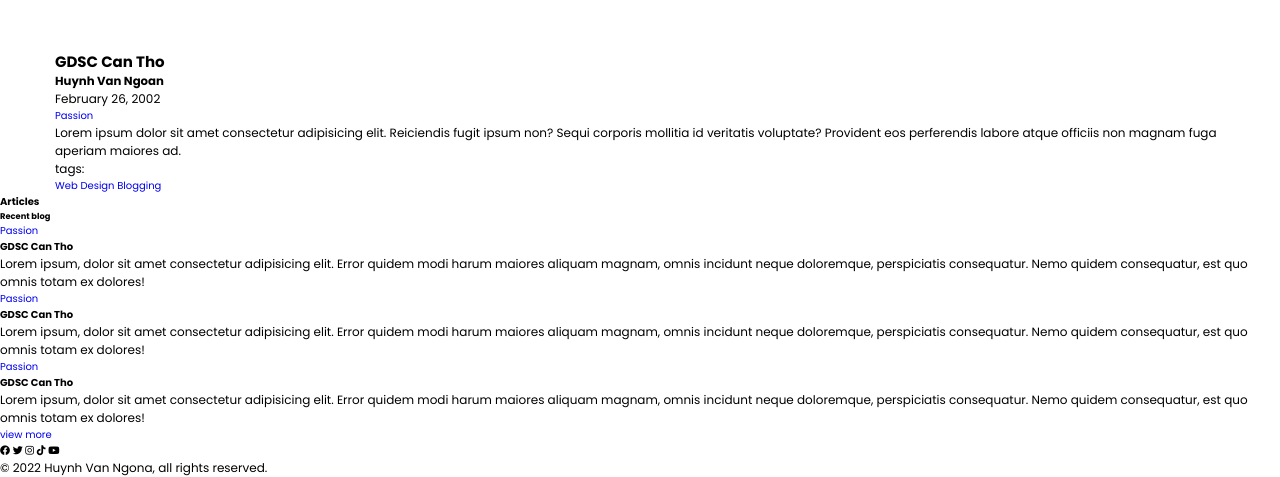
Repository: huynhvanngoan/TaskTeam5
Page: BlogPost/HTML/index.html
An editor plug-in stored every save of this project. The page is shown before and after the next save, followed by the edit.
The browser window is 1280 px wide. The pictures show the part of the page from y = 550 to 1127 px (the page is 1027 px tall before and 1127 px after).
Pictures or frames that could not be fetched are drawn as grey boxes.

Above is the page before, as saved 2022-10-17 00:23:15.

### BlogPost/HTML/index.html
<!DOCTYPE html>
<html lang="en">

<head>
    <meta charset="UTF-8">
    <meta http-equiv="X-UA-Compatible" content="IE=edge">
    <meta name="viewport" content="width=device-width, initial-scale=1.0">
    <title>Blog Post</title>
    <link rel="stylesheet" href="../CSS/style.css">

    <link rel="stylesheet" href="https://cdnjs.cloudflare.com/ajax/libs/font-awesome/6.2.0/css/all.min.css"
        referrerpolicy="no-referrer" />
</head>

<body>
    <header>
        <div class="navbar container">
            <div class="logo">
                <h1>GDSC Can Tho</h1>
            </div>
            <ul class="nav-list">
                <li><a href="#">Home</a></li>
                <li><a href="#">Work</a></li>
                <li><a href="#">Blog</a></li>
                <li><a href="#">Service</a></li>
                <li><a href="#">About Us</a></li>
                <li><a href="#">Contact Us</a></li>
            </ul>
        </div>
    </header>
    <div class="container">
        <div class="hero">

        </div>
        <main>
            <h2>GDSC Can Tho </h2>
            <div class="profile-container">
                <div class="profile">
                    <div class="img-container">

                    </div>
                    <div class="text">
                        <h3>Huynh Van Ngoan</h3>
                        <p>February 26, 2002</p>
                    </div>
                    <div class="button">
                        <a href="#" class="btn">Passion</a>
                    </div>
                </div>
                <div class="content">
                    <p>Lorem ipsum dolor sit amet consectetur adipisicing elit. Reiciendis fugit ipsum non? Sequi corporis mollitia id veritatis voluptate? Provident eos perferendis labore atque officiis non magnam fuga aperiam maiores ad.</p>
                </div>
            </div>
            <div class="tags">
                <p>tags: </p>
                <a href="#">Web Design</a>
                <a href="#">Blogging</a>
            </div>
        </main>
    </div>
    <div class="articles">
        <div class="articles-heading">
            <h4>Articles</h4>
            <h5>Recent blog</h5>
        </div>
        <div class="cards-container">
            <div class="card-container one">
                <div class="img-holder">
                    <a href="#">Passion</a>
                </div>
                <div class="card-text">
                    <h4>GDSC Can Tho</h4>
                    <p>Lorem ipsum, dolor sit amet consectetur adipisicing elit. Error quidem modi harum maiores aliquam magnam, omnis incidunt neque doloremque, perspiciatis consequatur. Nemo quidem consequatur, est quo omnis totam ex dolores!</p>
                </div>
            </div>
            <div class="card-container one">
                <div class="img-holder">
                    <a href="#">Passion</a>
                </div>
                <div class="card-text">
                    <h4>GDSC Can Tho</h4>
                    <p>Lorem ipsum, dolor sit amet consectetur adipisicing elit. Error quidem modi harum maiores aliquam magnam,
                        omnis incidunt neque doloremque, perspiciatis consequatur. Nemo quidem consequatur, est quo omnis totam ex
                        dolores!</p>
                </div>
            </div>
            <div class="card-container one">
                <div class="img-holder">
                    <a href="#">Passion</a>
                </div>
                <div class="card-text">
                    <h4>GDSC Can Tho</h4>
                    <p>Lorem ipsum, dolor sit amet consectetur adipisicing elit. Error quidem modi harum maiores aliquam magnam,
                        omnis incidunt neque doloremque, perspiciatis consequatur. Nemo quidem consequatur, est quo omnis totam ex
                        dolores!</p>
                </div>
            </div>
        </div>
        <div class="button">
            <a href="#" class="btn">view more</a>
        </div>
    </div>
    <footer>
        <div class="icons">
            <div class="social">
                <i class="fab fa-facebook"></i>
                <i class="fab fa-twitter"></i>
                <i class="fab fa-instagram"></i>
                <i class="fab fa-tiktok"></i>
                <i class="fab fa-youtube"></i>
            </div>
            <div class="copyright">
                <p>&copy; 2022 Huynh Van Ngona, all rights reserved.</p>
            </div>
        </div>
    </footer>
</body>

</html>

### BlogPost/CSS/style.css
/* Google font cdn link */
@import url('https://fonts.googleapis.com/css2?family=Poppins:ital,wght@0,100;0,200;0,300;0,400;0,500;0,600;0,700;0,800;0,900;1,100;1,200;1,300;1,400;1,500;1,600;1,700;1,800;1,900&display=swap');

* {
    margin: 0;
    padding: 0;
    box-sizing: border-box;
    font-family: 'Poppins', sans-serif;
}

html{
    font-size: 10px;
}
li{
    list-style: none;
}
a{
    text-decoration: none;
}
h1{
    font-size: 1.9rem;
}
p{
    font-size: 1.2rem;
}
header{
    width: 100%;
    height: 5em;
    background-color: aliceblue;;
    position: fixed;
    top: 0;
    z-index: 333;
}
.container{
    width: 96%;
    max-width: 117rem;
    margin: 0 auto;
}
.navbar {
    width: 100%;
    height: 100%;
    display: flex;
    justify-content: space-between;
    align-items: center;
    padding: 0 1.5rem;
}
.navbar h1{
    text-transform: uppercase;
    color:#5b5963;
    font-weight: 600;
    letter-spacing: 2px;
    cursor: pointer;
}
.navber ul{
    display: flex;
    justify-content: center;
    align-items: center;
}
.navbar ul a{
    font-size: 1.2rem;
    padding: 1.5rem;
    text-transform: uppercase;
    color: #5b5963;
    font-weight:400;
    letter-spacing:2px;
    transition: all 0.4s ease;
}
.navbar ul a:hover{
    color:white;
    background-color: rgb(124, 180, 102);
}
.hero{
    max-width: 100vh;
    height: 50rem;
    background: url(../Images/Background.JPG) no-repeat center center / cover;
    margin: 5rem auto;
}

After the next save:
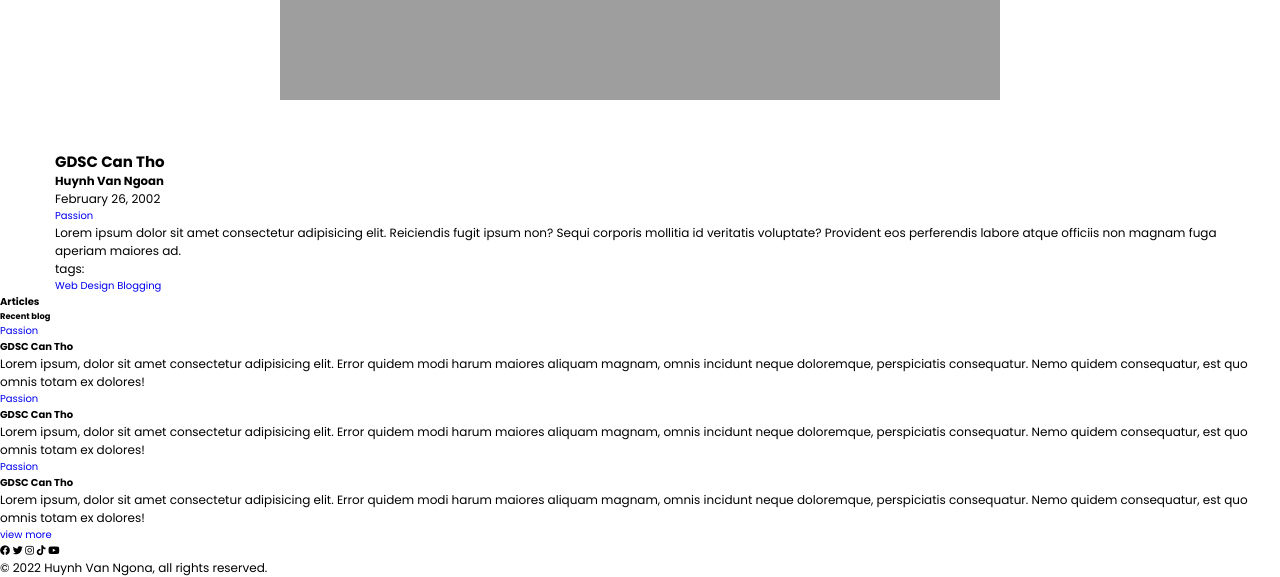
Saved 4 s later.
--- a/BlogPost/CSS/style.css
+++ b/BlogPost/CSS/style.css
@@ -71,7 +71,7 @@
 }
 .hero{
     max-width: 100vh;
-    height: 50rem;
+    height: 60rem;
     background: url(../Images/Background.JPG) no-repeat center center / cover;
     margin: 5rem auto;
 }
